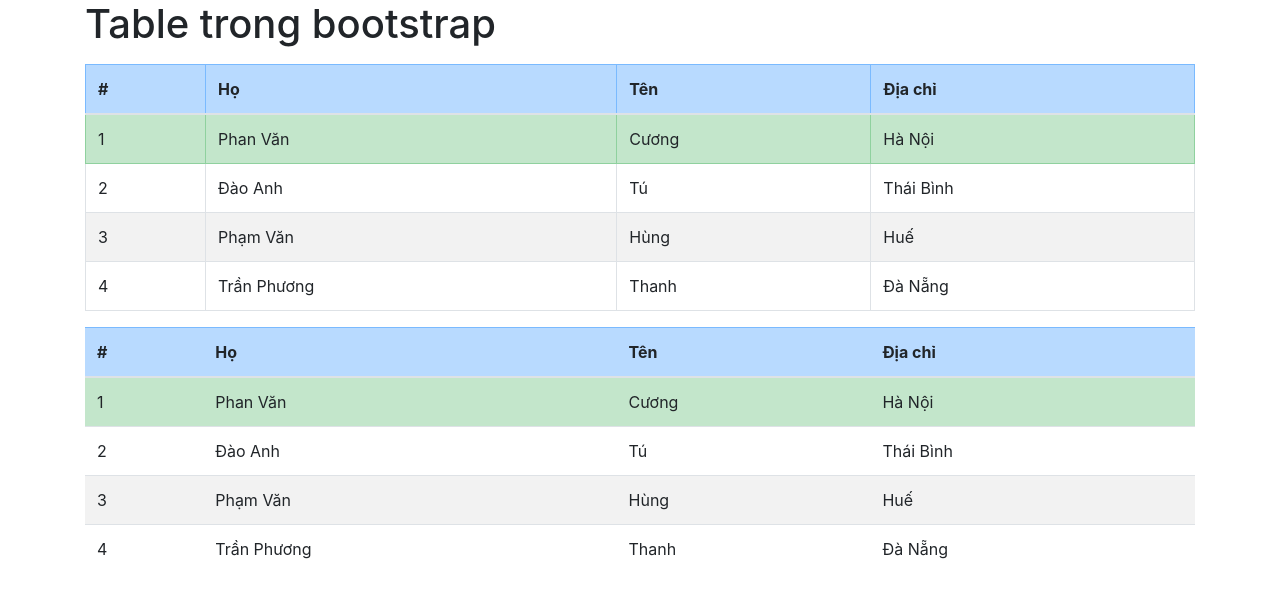
Repository: anhtu2110/front_end
Page: lesson/bootstrap/advance/5.2-table.html
These files come from the project's save history. The page is drawn as it stood at one moment and after the next save; the edit follows.
The browser window is 1280 px wide. The pictures show the whole page.

Above is the page before, as saved 2022-12-06 20:09:20.

### lesson/bootstrap/advance/5.2-table.html
<!DOCTYPE html>
<html lang="en">
  <head>
    <meta charset="UTF-8" />
    <meta http-equiv="X-UA-Compatible" content="IE=edge" />
    <meta name="viewport" content="width=device-width, initial-scale=1.0" />
    <link rel="stylesheet" href="./bootstrap/css/bootstrap.min.css" />
    <title>Table trong bootstrap</title>
  </head>
  <body>
    <div class="container">
      <div class="row">
        <div class="col-md-12">
          <h1 class="table">Table trong bootstrap</h1>
          <table class="table table-bordered table-striped table-hover">
            <thead class="table-primary">
              <tr>
                <th>#</th>
                <th>Họ</th>
                <th>Tên</th>
                <th>Địa chỉ</th>
              </tr>
            </thead>
            <tbody>
              <tr class="table-success">
                <td>1</td>
                <td>Phan Văn</td>
                <td>Cương</td>
                <td>Hà Nội</td>
              </tr>
              <tr>
                <td>2</td>
                <td>Đào Anh</td>
                <td>Tú</td>
                <td>Thái Bình</td>
              </tr>
              <tr>
                <td>3</td>
                <td>Phạm Văn</td>
                <td>Hùng</td>
                <td>Huế</td>
              </tr>
              <tr>
                <td>4</td>
                <td>Trần Phương</td>
                <td>Thanh</td>
                <td>Đà Nẵng</td>
              </tr>
            </tbody>
          </table>
          <table class="table table-striped table-hover">
            <thead class="table-primary">
              <tr>
                <th>#</th>
                <th>Họ</th>
                <th>Tên</th>
                <th>Địa chỉ</th>
              </tr>
            </thead>
            <tbody>
              <tr class="table-success">
                <td>1</td>
                <td>Phan Văn</td>
                <td>Cương</td>
                <td>Hà Nội</td>
              </tr>
              <tr>
                <td>2</td>
                <td>Đào Anh</td>
                <td>Tú</td>
                <td>Thái Bình</td>
              </tr>
              <tr>
                <td>3</td>
                <td>Phạm Văn</td>
                <td>Hùng</td>
                <td>Huế</td>
              </tr>
              <tr>
                <td>4</td>
                <td>Trần Phương</td>
                <td>Thanh</td>
                <td>Đà Nẵng</td>
              </tr>
            </tbody>
          </table>
        </div>
      </div>
    </div>
    <script src="js/jquery-3.6.1.min.js"></script>
    <script src="js/popper.min.js"></script>
    <script src="./bootstrap/js/bootstrap.min.js"></script>
  </body>
</html>

Loaded but not shown: lesson/bootstrap/advance/bootstrap/css/bootstrap.min.css (library); lesson/bootstrap/advance/js/jquery-3.6.1.min.js (library); lesson/bootstrap/advance/js/popper.min.js (library); lesson/bootstrap/advance/bootstrap/js/bootstrap.min.js (library)

After the next save:
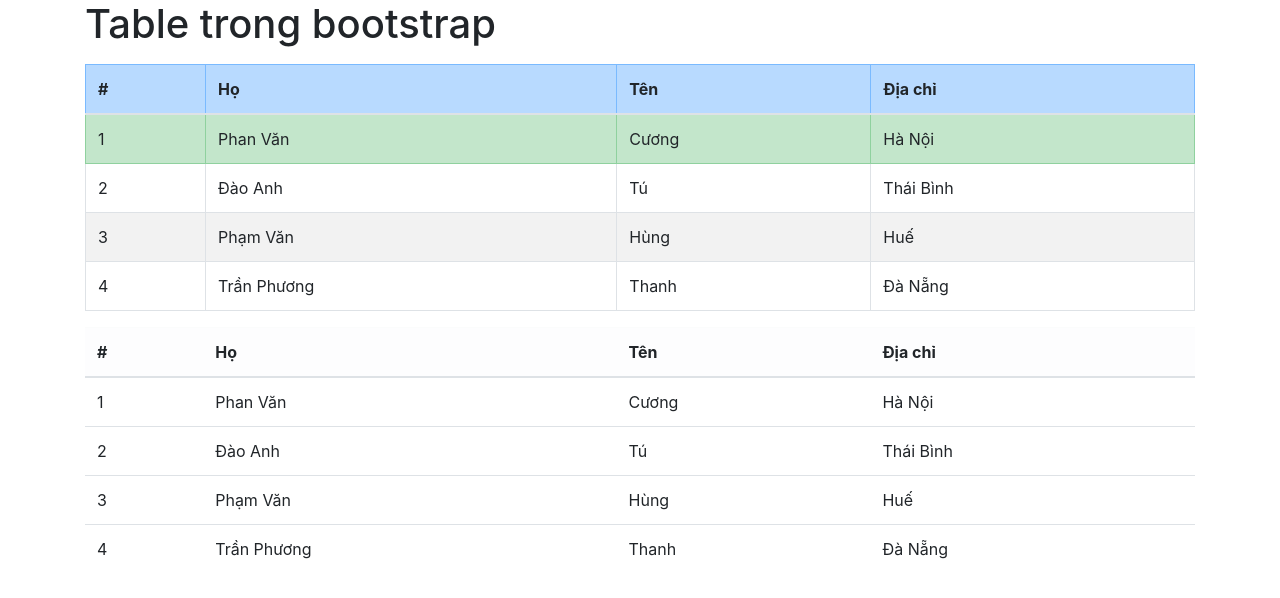
Saved 33 s later.
--- a/lesson/bootstrap/advance/5.2-table.html
+++ b/lesson/bootstrap/advance/5.2-table.html
@@ -48,8 +48,8 @@
               </tr>
             </tbody>
           </table>
-          <table class="table table-striped table-hover">
-            <thead class="table-primary">
+          <table class="table table-hover">
+            <thead class="table-light">
               <tr>
                 <th>#</th>
                 <th>Họ</th>
@@ -58,7 +58,7 @@
               </tr>
             </thead>
             <tbody>
-              <tr class="table-success">
+              <tr>
                 <td>1</td>
                 <td>Phan Văn</td>
                 <td>Cương</td>
